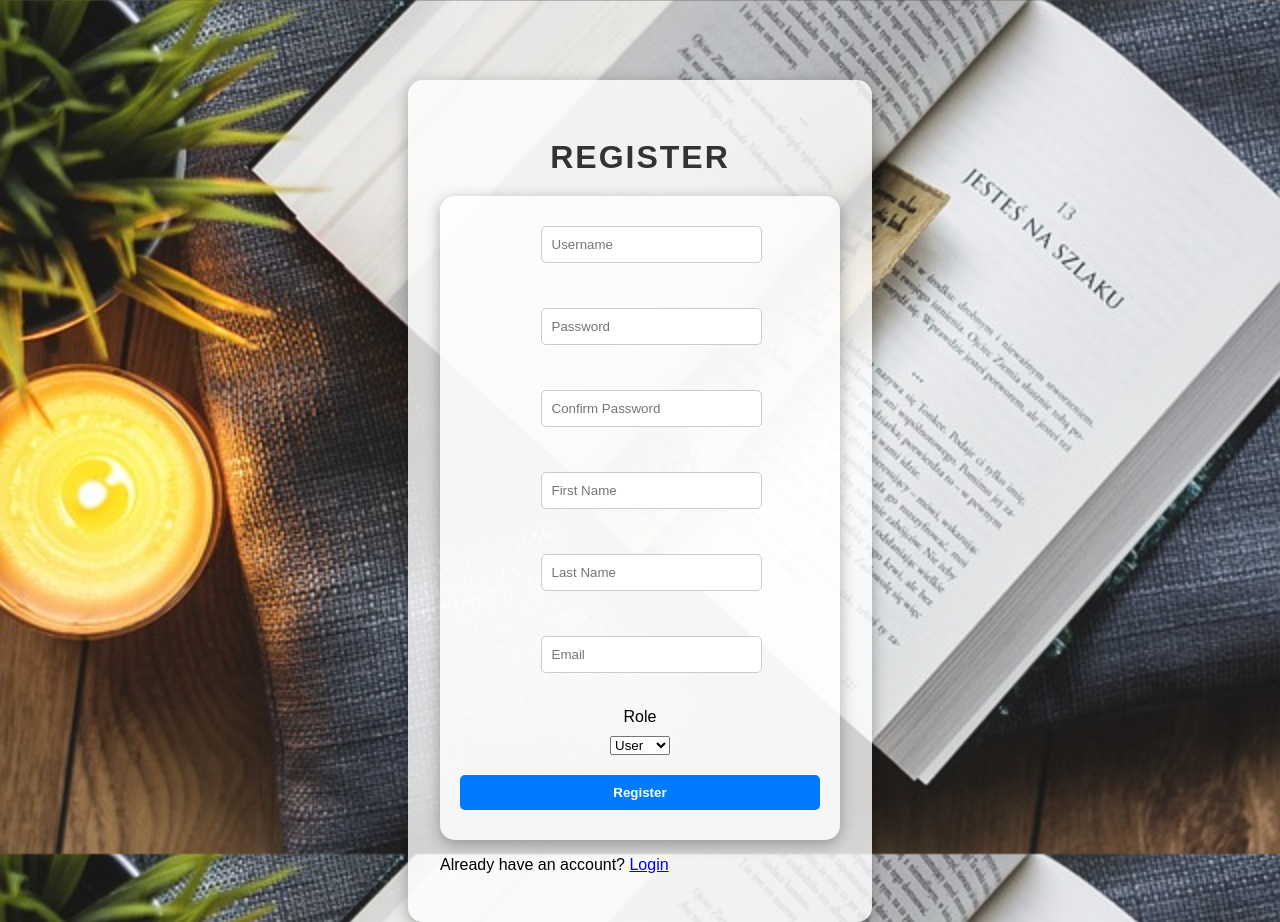
Repository: pavitrapai10/Library_Management_System
Page: http://localhost/register.php
The author's editor kept a copy of each file at every save. The page is drawn from the files as they stood at one save, then again after a run of saves.
The browser window is 1280 px wide. The pictures show the whole page.
Backgrounds fixed to the window are drawn as part of the page. The page is run by PHP 8.4 with error messages shown; the project is at /var/www/html/.

Above is the page before, as saved 2025-02-06 11:19:41.

### register.php
<?php
include 'db.php';
$error = '';
$success = '';

if ($_SERVER['REQUEST_METHOD'] == 'POST') {
    $username = trim($_POST['username']);
    $password = trim($_POST['password']);
    $confirmPassword = trim($_POST['confirmPassword']);
    $first_name = trim($_POST['first_name']);
    $last_name = trim($_POST['last_name']);
    $email = trim($_POST['email']);
    $role_name = trim($_POST['role']);

    // Get the role ID based on role name
    $role_query = $conn->prepare("SELECT id FROM roles WHERE role_name = ?");
    $role_query->bind_param("s", $role_name);
    $role_query->execute();
    $role_query->store_result();
    $role_query->bind_result($id);
    $role_query->fetch();

    if (!$id) {
        $error = "Invalid role selected.";
    }

    if (!filter_var($email, FILTER_VALIDATE_EMAIL) || !preg_match('/@gmail\.com$/', $email)) {
        $error = "Please enter a valid Gmail address (e.g., example@gmail.com).";
    }

    if (strlen($password) < 8 ||
        !preg_match('/[A-Z]/', $password) ||
        !preg_match('/[a-z]/', $password) ||
        !preg_match('/\d/', $password) ||
        !preg_match('/[@$!%*?&]/', $password)) {
        $error = "Password must be at least 8 characters long, contain an uppercase letter, a lowercase letter, a number, and a special character.";
    } elseif ($password !== $confirmPassword) {
        $error = "Passwords do not match.";
    }

    if (empty($error)) {
        $hashedPassword = password_hash($password, PASSWORD_DEFAULT);

        $query = "INSERT INTO borrowers (username, password, first_name, last_name, email, created_at, role_id)
                  VALUES (?, ?, ?, ?, ?, NOW(), ?)";
        $stmt = $conn->prepare($query);

        if ($stmt) {
            $stmt->bind_param("sssssi", $username, $hashedPassword, $first_name, $last_name, $email, $id);

            try {
                $stmt->execute();
                $success = "User registered successfully!";
            } catch (mysqli_sql_exception $e) {
                if (strpos($e->getMessage(), "for key 'borrowers.username'") !== false) {
                    $error = "Username already exists. Please choose a different one.";
                } elseif (strpos($e->getMessage(), "for key 'borrowers.email'") !== false) {
                    $error = "Email already exists. Please use a different one.";
                } else {
                    $error = "Failed to register user. Please try again.";
                }
            }
        } else {
            $error = "Failed to prepare the statement. Please contact support.";
        }
    }
}
?>

<!DOCTYPE html>
<html lang="en">
<head>
    <meta charset="UTF-8">
    <meta name="viewport" content="width=device-width, initial-scale=1.0">
    <title>Register - Library Management</title>
    <link rel="stylesheet" href="style.css">
</head>
<body>
    <div class="form-container">
        <h2>Register</h2>
        <form id="registerForm" method="POST" action="">
            <div class="input-group">
                <input type="text" name="username" placeholder="Username" required>
                <span class="error-message"></span>
            </div>
            <div class="input-group">
                <input type="password" name="password" placeholder="Password" required>
                <span class="error-message"></span>
            </div>
            <div class="input-group">
                <input type="password" name="confirmPassword" placeholder="Confirm Password" required>
                <span class="error-message"></span>
            </div>
            <div class="input-group">
                <input type="text" name="first_name" placeholder="First Name" required>
                <span class="error-message"></span>
            </div>
            <div class="input-group">
                <input type="text" name="last_name" placeholder="Last Name" required>
                <span class="error-message"></span>
            </div>
            <div class="input-group">
                <input type="email" name="email" placeholder="Email" required>
                <span class="error-message"></span>
            </div>
            <label for="role">Role</label>
            <select name="role" id="role" required>
                <option value="user">User</option>
                <option value="admin">Admin</option>
            </select>
            <button type="submit">Register</button>
        </form>

        <!-- Error & Success Messages -->
        <?php if (!empty($error)): ?>
            <div class="error-container"><?php echo htmlspecialchars($error); ?></div>
        <?php endif; ?>

        <?php if (!empty($success)): ?>
            <div class="success-container"><?php echo htmlspecialchars($success); ?></div>
        <?php endif; ?>

        <p>Already have an account? <a href="login.php">Login</a></p>
    </div>
</body>
</html>

### db.php

<?php
$servername = "localhost";
$username = "root";
$password = ""; // Empty if there's no password set
$dbname = "library_management";

// Create connection
$conn = new mysqli($servername, $username, $password, $dbname);

// Check connection and suppress any errors
if ($conn->connect_error) {
    // You can log the error instead of displaying it, e.g., error_log($conn->connect_error);
    die();  // Do not display any error message, but stop further execution
}
?>

### style.css
/* General Body Style (for all pages) */
body {
    font-family: 'Poppins', Arial, sans-serif;
    background: url('img/image.jpg') no-repeat center center fixed;
    background-size: cover;
    height: 100vh;
    margin: 0;
    padding: 0;
    overflow-x: hidden;
    animation: fadeIn 1.5s ease-in-out;

}

/* Fade-in animation for the body */
@keyframes fadeIn {
    from {
        opacity: 0;
    }
    to {
        opacity: 1;
    }
}

/* Header Styling for All Pages */
/* Updated Header Styling for Button Layout */
header {
    background: rgba(76, 175, 80, 0.9);
    color: #fff;
    padding: 1rem 20px;
    display: flex;
    align-items: center;
    justify-content: space-between;
    position: sticky;
    top: 0;
    z-index: 10;
    box-shadow: 0 2px 5px rgba(0, 0, 0, 0.2);
}

.backtobooks-button {
    color: #fff;
    text-decoration: none;
    font-size: 1rem;
    border: 1px solid white;
    padding: 5px 10px;
    border-radius: 5px;
    background: #4CAF50;
    transition: background 0.3s ease, color 0.3s ease;
}

.backtobooks-button:hover {
    background: white;
    color: #4CAF50;
}
.backtoadmin-button {
    color: #fff;
    text-decoration: none;
    font-size: 1rem;
    border: 1px solid white;
    padding: 5px 10px;
    border-radius: 5px;
    background: #4CAF50;
    transition: background 0.3s ease, color 0.3s ease;
}

.backtoadmin-button:hover {
    background: white;
    color: #4CAF50;
}

.header-content {
    display: flex;
    justify-content: space-evenly;
    align-items: center;
    width: 100%;
}

.left-buttons {
    display: flex;
    gap: 15px;
}

.right-buttons {
    margin-left: auto;
}

.logout-button {
    color: #fff;
    text-decoration: none;
    font-size: 1rem;
    border: 1px solid white;
    padding: 5px 10px;
    border-radius: 5px;
    transition: background 0.3s ease, color 0.3s ease;
}

.add-books-button,
.borrow-button,
.log-button,
.borrowbook-button {
    color: #fff;
    text-decoration: none;
    font-size: 1rem;
    border: 1px solid white;
    padding: 5px 10px;
    border-radius: 5px;
    background: #4CAF50;
    transition: background 0.3s ease, color 0.3s ease;
}

.logout-button:hover,
.add-books-button:hover,
.borrow-button:hover,
.log-button:hover,
.borrowbook-button:hover {
    background: white;
    color: #4CAF50;
}
header .backtobooks-button:hover {
    background: white;
    color: #4CAF50;
}
header .backtoadmin-button:hover {
    background: white;
    color: #4CAF50;
}




/* Form Container Styling for Login and Register */
.form-container {
    background: rgba(255, 255, 255, 0.8); /* White background with transparency */
    max-width: 400px;
    width: 90%;
    margin: 5rem auto;
    padding: 2rem;
    box-shadow: 0 4px 15px rgba(0, 0, 0, 0.3); /* Deeper shadow for better effect */
    border-radius: 15px;
    transition: transform 0.3s ease-in-out, box-shadow 0.3s ease-in-out;
}

.form-container:hover {
    transform: scale(1.03);
    box-shadow: 0 6px 20px rgba(0, 0, 0, 0.4);
}

/* Input and Button Styling for Forms */
input, button {
    width: 100%;
    padding: 10px;
    margin: 10px 0;
    border: 1px solid #ccc;
    border-radius: 5px;
    transition: all 0.3s ease;
}

input:focus {
    outline: none;
    border: 1px solid #4CAF50;
    box-shadow: 0 0 10px rgba(76, 175, 80, 0.5);
}

button {
    background: #4CAF50;
    color: #fff;
    border: none;
    cursor: pointer;
    font-weight: bold;
}

button:hover {
    background: #45a049;
    box-shadow: 0 2px 10px rgba(76, 175, 80, 0.4);
    transform: scale(1.05);
}

/* Ensure that form elements are centered */
form {
    display: flex;
    flex-direction: column;
    align-items: center;
    gap: 10px; /* Add spacing between form elements */
}

/* Heading Styling for Login, Register, Edit */
h2 {
    text-align: center;
    font-size: 2rem;
    margin-bottom: 20px;
    color: #333;
    text-transform: uppercase;
    letter-spacing: 2px;
    animation: fadeIn 1.5s ease-in-out;
}

/* Admin Page Styling */
#admin-page {
    display: flex;
    justify-content: center;
    align-items: center;
    flex-direction: column;
    padding: 20px;
    box-sizing: border-box;
    min-height: 80vh; /* Ensures the content stays centered vertically */
    margin: 0 auto;
}

#admin-page table {
    width: 60%; /* Slightly narrower to ensure spaciousness */
    max-width: 200px; /* Limit maximum width */
    margin: 0 auto; /* Center the table horizontally */
    border-collapse: collapse;
    background: white;
    box-shadow: 0 4px 15px rgba(0, 0, 0, 0.2);
    border-radius: 8px;
    overflow: hidden; /* Clip any overflow for smooth rounded corners */
    animation: zoomIn 0.8s ease-in-out;
}

@keyframes zoomIn {
    from {
        transform: scale(0.9);
        opacity: 0;
    }
    to {
        transform: scale(1);
        opacity: 1;
    }
}

#admin-page th,
#admin-page td {
    padding: 20px; /* Increased padding for better readability */
    text-align: left;
    border: 1px solid #ddd;
    font-size: 16px; /* Consistent font size */
}

#admin-page th {
    background-color: #4CAF50;
    color: white;
    text-transform: uppercase;
    letter-spacing: 1px;
    font-weight: bold;
}

#admin-page tr:nth-child(even) {
    background-color: #f9f9f9;
}

#admin-page tr:hover {
    background-color: #f1f1f1;
    transform: scale(1.01);
    transition: transform 0.2s ease, background-color 0.2s ease;
}

/* Adjust the header and footer styles within the admin page */
header {
    display: flex;
    justify-content: space-between;
    align-items: center;
    background-color: #4CAF50;
    color: white;
    padding: 15px 20px;
    box-shadow: 0 2px 5px rgba(0, 0, 0, 0.2);
}

footer {
    text-align: center;
    margin-top: 20px;
    padding: 10px;
    background: #4CAF50;
    color: rgb(255, 255, 255);
    position: relative;
    width: 100%;
    box-shadow: 0 -2px 5px rgba(0, 0, 0, 0.1);
}



/* Responsive Adjustments */
@media (max-width: 768px) {
    #admin-page table {
        width: 95%;
    }

    #admin-page th,
    #admin-page td {
        font-size: 14px;
        padding: 12px;
    }
}






/* Books Page Table Styling */
#books-page table {
    width: 100%;
    margin: 20px 0;
    border-collapse: collapse;
    background: rgba(255, 255, 255, 0.95); /* Solid white background for books table */
    box-shadow: 0 4px 15px rgba(0, 0, 0, 0.2);
    transition: box-shadow 0.3s ease-in-out;
}

#books-page table:hover {
    box-shadow: 0 6px 20px rgba(0, 0, 0, 0.3);
}

#books-page th, #books-page td {
    padding: 12px;
    text-align: left;
    border: 1px solid #ddd;
}

#books-page th {
    background-color: #4CAF50;
    color: white;
}

/* Form Styling */
form {
    background: rgba(255, 255, 255, 0.8);
    padding: 20px;
    border-radius: 15px;
    box-shadow: 0 4px 15px rgba(0, 0, 0, 0.3);
}

form input, form button {
    margin: 10px 0;
    padding: 10px;
    width: 100%;
    border-radius: 5px;
}

form button:hover {
    background-color: #45a049;
    transform: scale(1.05);
}







/* Logs Table Styling */
table {
    width: 80%;
    margin: 20px auto;
    border-collapse: collapse;
    box-shadow: 0 4px 8px rgba(0, 0, 0, 0.2);
}

table th, table td {
    padding: 12px 15px;
    text-align: left;
    border: 1px solid #ddd;
}

table th {
    background-color: #4CAF50;
    color: white;
}

table tr:nth-child(even) {
    background-color: #e6e6e6; /* Solid light gray background */
}

table tr:nth-child(odd) {
    background-color: white; /* Solid white background for odd rows */
}

table tr:hover {
    background-color: #d1d1d1; /* Slightly darker gray for hover */
}

/* Close Button Styling */
.close-button {
    background-color: #f44336; /* Red background */
    color: white;
    padding: 10px 15px; /* Adjusted padding for a balanced look */
    border: none;
    border-radius: 5px;
    cursor: pointer;
    font-size: 14px;
    font-weight: bold;
    text-transform: uppercase;
    transition: background-color 0.3s ease, transform 0.2s ease;
    margin-left: 10px; /* Adds spacing if placed next to other buttons */
    display: inline-block; /* Ensures consistent alignment */
}

.close-button:hover {
    background-color: #e53935; /* Darker red on hover */
    transform: scale(1.05); /* Slight zoom effect on hover */
    box-shadow: 0 4px 10px rgba(229, 57, 53, 0.4); /* Adds a subtle shadow */
}

.close-button:active {
    transform: scale(0.95); /* Pressed effect */
    background-color: #d32f2f; /* Slightly darker red for active state */
}

/* Common button styles */

.edbutton {
    display: inline-block;
    padding: 6px 12px;
    font-size: 14px;
    border: none;
    border-radius: 4px;
    text-decoration: none;
    cursor: pointer;
    color: white;
}

/* Admin button styles */
.edit-button {
    background-color: #4CAF50;
}

.delete-button {
    background-color: #f44336;
}

/* Disabled button */
.disabled-button {
    background-color: #cccccc;
    color: #666666;
    cursor: not-allowed;
}

/* Regular user self-edit button with distinct color */
.self-edit-button {
    background-color: #2196F3;
    color: white;
    font-style: italic;
}

/* Hover effect for all active buttons */
.edbutton:hover:not(.disabled-button) {
    opacity: 0.8;
}
.error-container {
    background-color: #f8d7da;
    color: #842029;
    border: 1px solid #f5c2c7;
    padding: 10px;
    border-radius: 5px;
    margin-top: 10px;
}

.success-container {
    background-color: #d4edda;
    color: #155724;
    border: 1px solid #c3e6cb;
    padding: 10px;
    border-radius: 5px;
    margin-top: 10px;
}

.input-group {
    margin-bottom: 15px;
}

button {
    background-color: #007bff;
    color: white;
    padding: 10px 20px;
    border: none;
    border-radius: 5px;
    cursor: pointer;
}

button:hover {
    background-color: #0056b3;
}

After the next 2 saves:
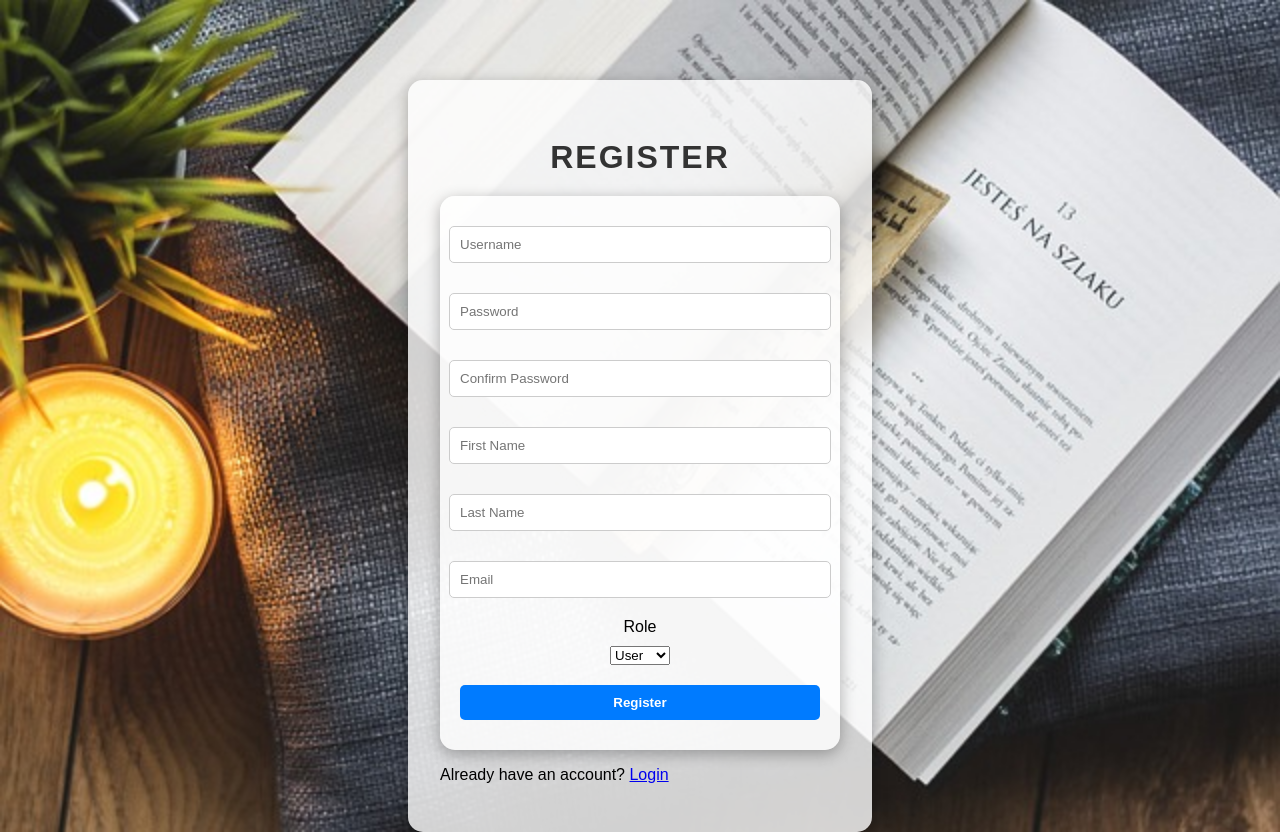
The 2 saves are shown as one change because they came seconds apart.
The last was saved 60 s later.
--- a/register.php
+++ b/register.php
@@ -12,7 +12,6 @@ if ($_SERVER['REQUEST_METHOD'] == 'POST') {
     $email = trim($_POST['email']);
     $role_name = trim($_POST['role']);
 
-    // Get the role ID based on role name
     $role_query = $conn->prepare("SELECT id FROM roles WHERE role_name = ?");
     $role_query->bind_param("s", $role_name);
     $role_query->execute();
@@ -66,7 +65,6 @@ if ($_SERVER['REQUEST_METHOD'] == 'POST') {
     }
 }
 ?>
-
 <!DOCTYPE html>
 <html lang="en">
 <head>
@@ -79,30 +77,12 @@ if ($_SERVER['REQUEST_METHOD'] == 'POST') {
     <div class="form-container">
         <h2>Register</h2>
         <form id="registerForm" method="POST" action="">
-            <div class="input-group">
-                <input type="text" name="username" placeholder="Username" required>
-                <span class="error-message"></span>
-            </div>
-            <div class="input-group">
-                <input type="password" name="password" placeholder="Password" required>
-                <span class="error-message"></span>
-            </div>
-            <div class="input-group">
-                <input type="password" name="confirmPassword" placeholder="Confirm Password" required>
-                <span class="error-message"></span>
-            </div>
-            <div class="input-group">
-                <input type="text" name="first_name" placeholder="First Name" required>
-                <span class="error-message"></span>
-            </div>
-            <div class="input-group">
-                <input type="text" name="last_name" placeholder="Last Name" required>
-                <span class="error-message"></span>
-            </div>
-            <div class="input-group">
-                <input type="email" name="email" placeholder="Email" required>
-                <span class="error-message"></span>
-            </div>
+            <input type="text" name="username" id="username" placeholder="Username" required>
+            <input type="password" name="password" id="password" placeholder="Password" required>
+            <input type="password" name="confirmPassword" id="confirmPassword" placeholder="Confirm Password" required>
+            <input type="text" name="first_name" placeholder="First Name" required>
+            <input type="text" name="last_name" placeholder="Last Name" required>
+            <input type="email" name="email" placeholder="Email" required>
             <label for="role">Role</label>
             <select name="role" id="role" required>
                 <option value="user">User</option>
@@ -111,16 +91,26 @@ if ($_SERVER['REQUEST_METHOD'] == 'POST') {
             <button type="submit">Register</button>
         </form>
 
-        <!-- Error & Success Messages -->
-        <?php if (!empty($error)): ?>
-            <div class="error-container"><?php echo htmlspecialchars($error); ?></div>
-        <?php endif; ?>
-
-        <?php if (!empty($success)): ?>
-            <div class="success-container"><?php echo htmlspecialchars($success); ?></div>
-        <?php endif; ?>
+        <div id="message-container" class="hidden"></div>
 
         <p>Already have an account? <a href="login.php">Login</a></p>
     </div>
+
+    <script>
+        // Show error/success messages dynamically
+        window.addEventListener('DOMContentLoaded', (event) => {
+            const messageContainer = document.getElementById('message-container');
+
+            <?php if (!empty($error)): ?>
+                messageContainer.textContent = "<?php echo htmlspecialchars($error); ?>";
+                messageContainer.classList.remove('hidden');
+                messageContainer.classList.add('error');
+            <?php elseif (!empty($success)): ?>
+                messageContainer.textContent = "<?php echo htmlspecialchars($success); ?>";
+                messageContainer.classList.remove('hidden');
+                messageContainer.classList.add('success');
+            <?php endif; ?>
+        });
+    </script>
 </body>
 </html>
